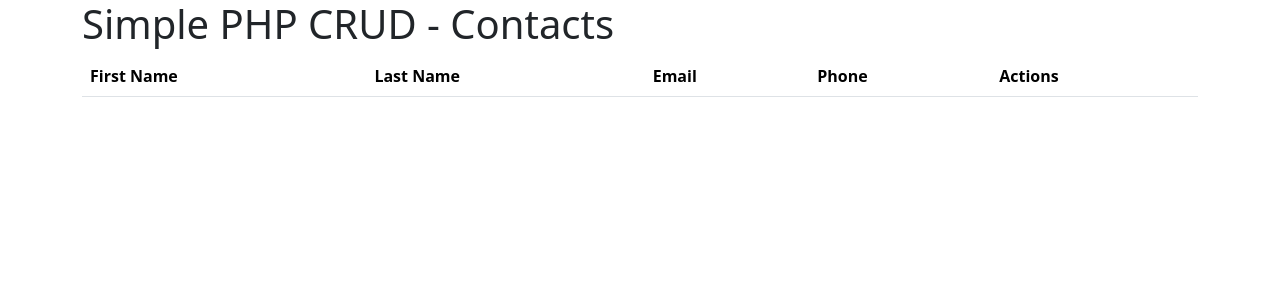
Repository: mennaabdelelhady/PHP-CRUD
Page: http://localhost/
The author's editor kept a copy of each file at every save. The page is drawn from the files as they stood at one save, then again after the next save.
The browser window is 1280 px wide. The pictures show the whole page.
The page is run by PHP 8.4 with error messages shown; the project is at /var/www/html/.

Above is the page before, as saved 2024-12-30 01:43:06.

After the next save:
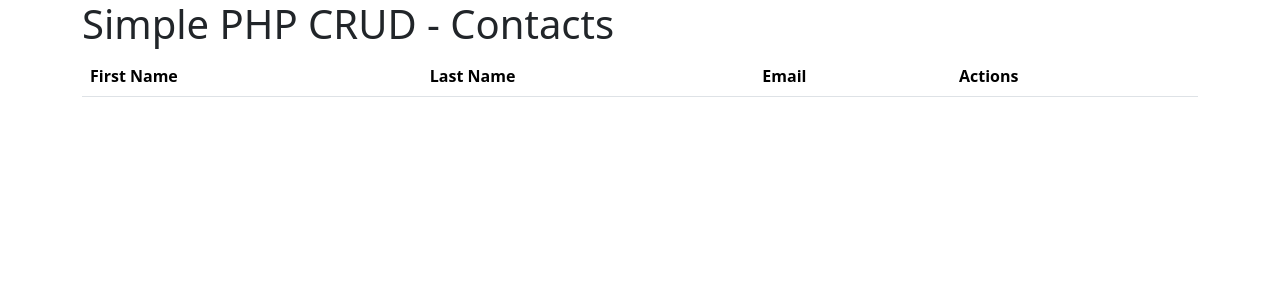
Saved 24 s later.
--- a/public/index.php
+++ b/public/index.php
@@ -20,7 +20,6 @@ $title ="Simple PHP CRUD - Contacts";
                 <th>First Name</th>
                 <th>Last Name</th>
                 <th>Email</th>
-                <th>Phone</th>
                 <th>Actions</th>
             </tr>
         </head>
